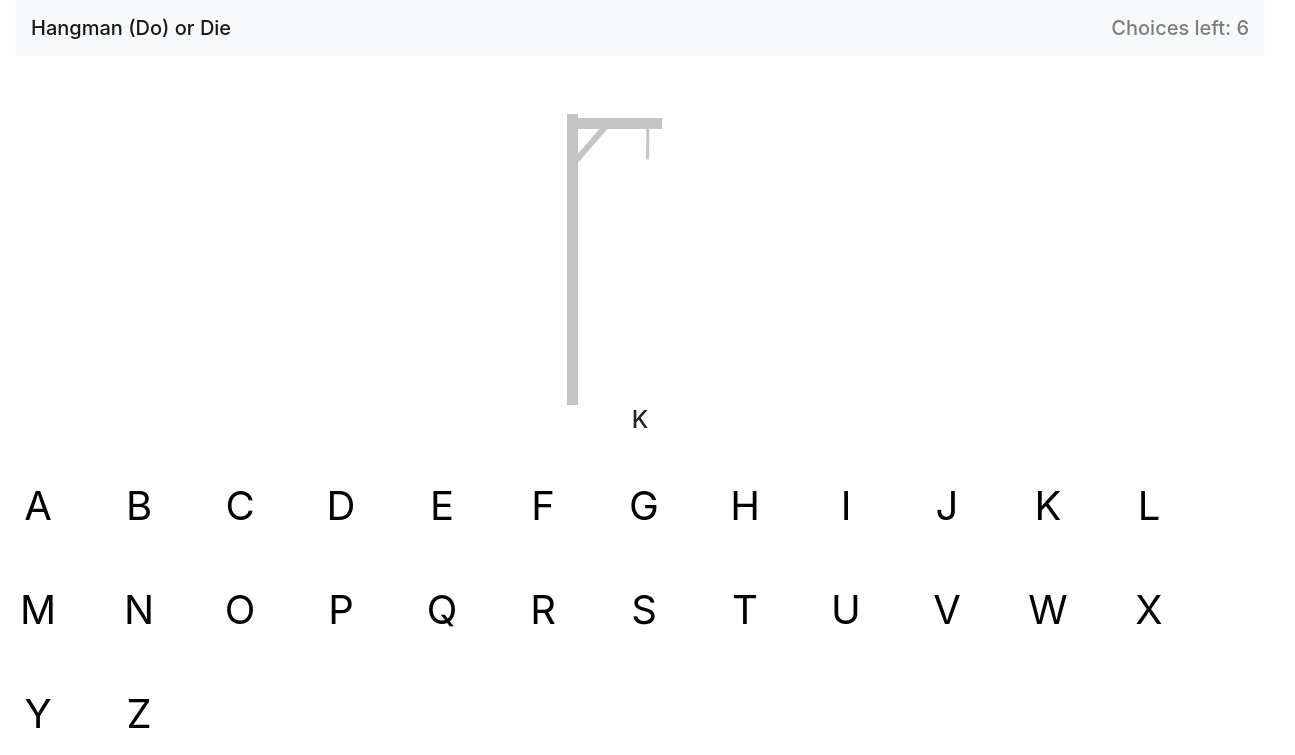
Repository: jatinhchanchlani/hangman
Page: /
The author's editor kept a copy of each file at every save. The page is drawn from the files as they stood at one save, then again after the next save.
The browser window is 1280 px wide. The page is 1295 px wide, so the pictures cover 1295 px, including what lies to the right of the window. The pictures show the whole page.
The project was rebuilt for these pictures with package versions that can differ from the ones it lists, and the page was loaded fresh each time. Also part of the build but not shown: src/App.css.

Above is the page before, as saved 2020-10-25 11:26:21.

After the next save:
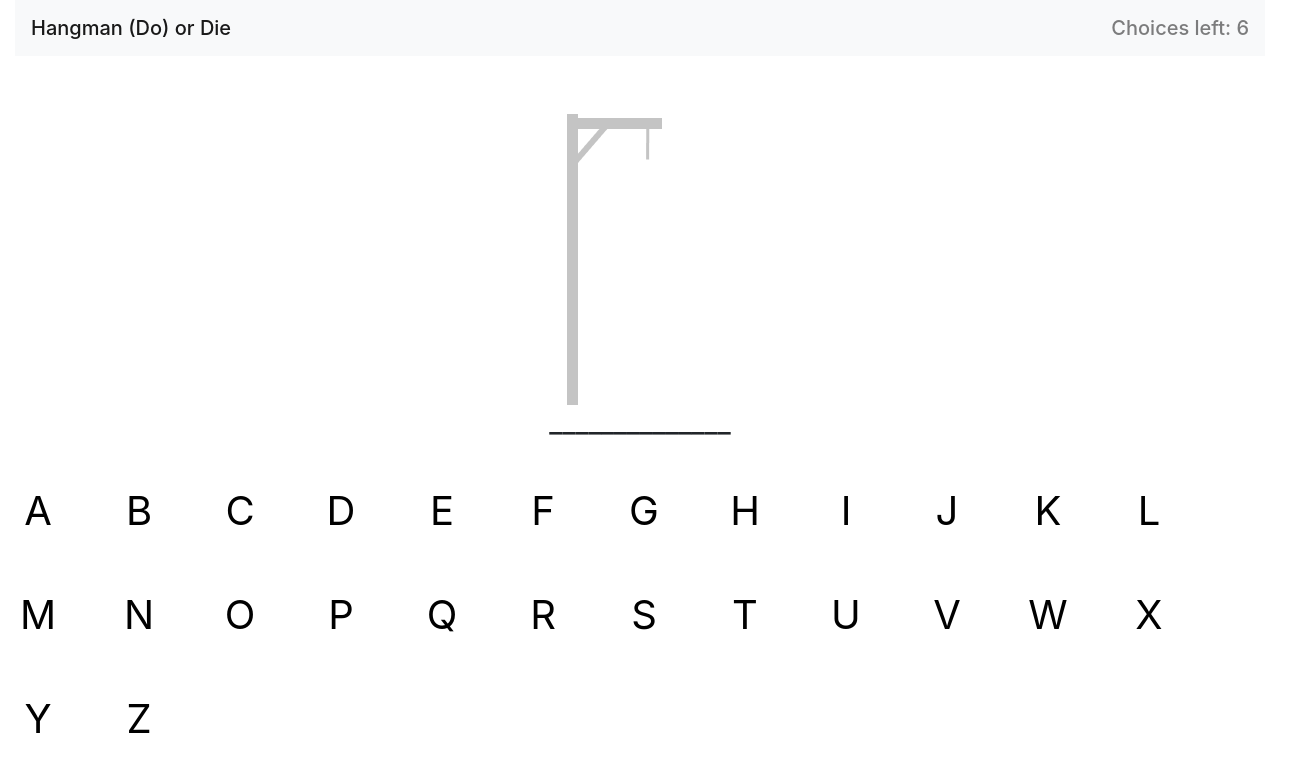
Saved 2 min 18 s later.
--- a/src/components/cityletters.jsx
+++ b/src/components/cityletters.jsx
@@ -3,9 +3,7 @@ import React, { Component } from "react";
 class CityLetters extends Component {
   render() {
     const { city } = this.props;
-    console.log(this.props.city);
-
-    return <h4>{city[0].character}</h4>;
+    return <h3>{city.map((c) => (c.guessed ? c.character : "__"))}</h3>;
   }
 }
 
